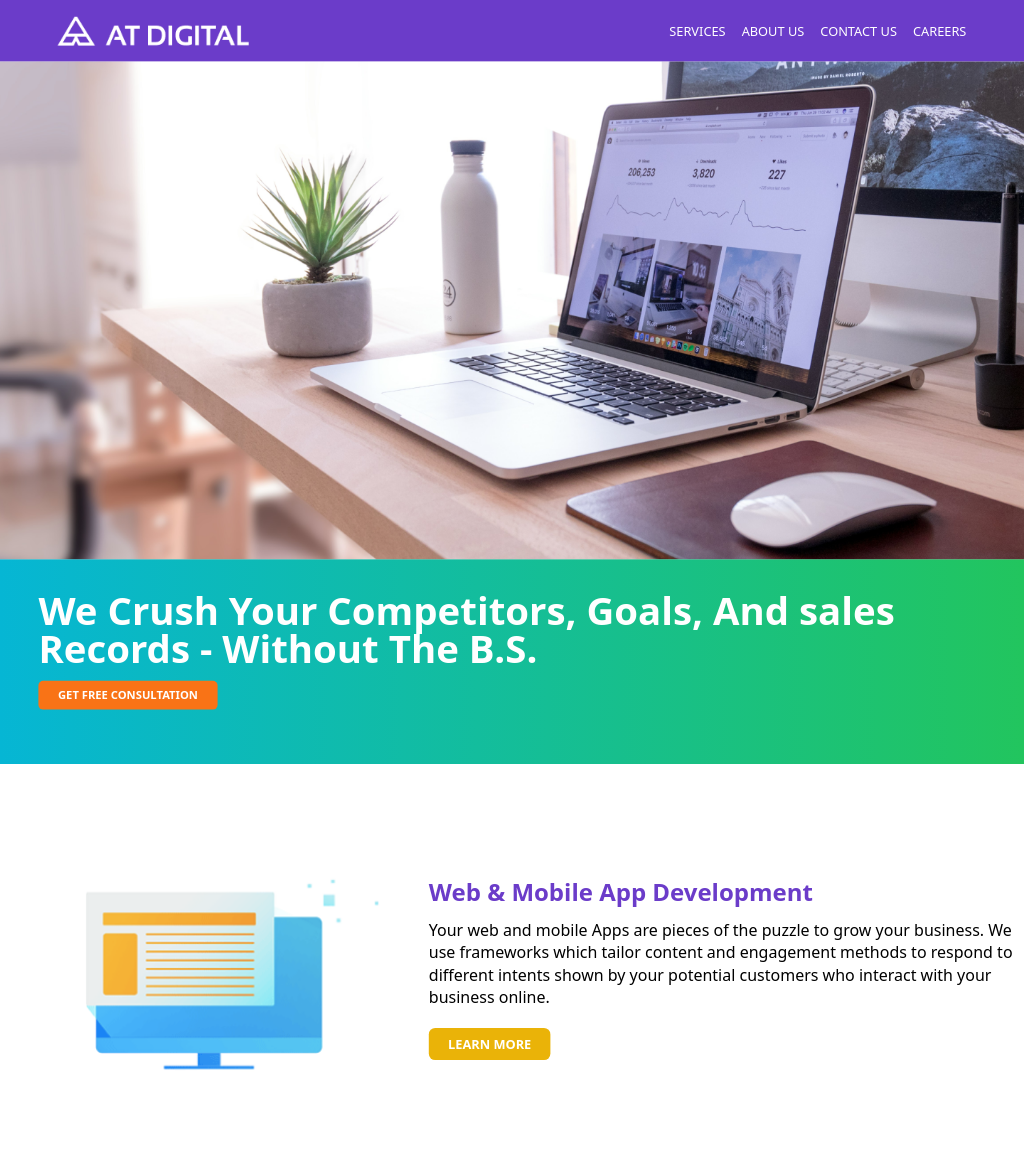
Repository: Milith97/AT-Digital-Website
Page: /
These files come from the project's save history. The page is drawn as it stood at one moment and after the next save; the edit follows.
The browser window is 1280 px wide. The pictures show the whole page, at 80% of full size.
The project was rebuilt for these pictures with package versions that can differ from the ones it lists, and the page was loaded fresh each time. Also part of the build but not shown: vite.config.js.

Above is the page before, as saved 2024-04-06 22:09:44.

After the next save:
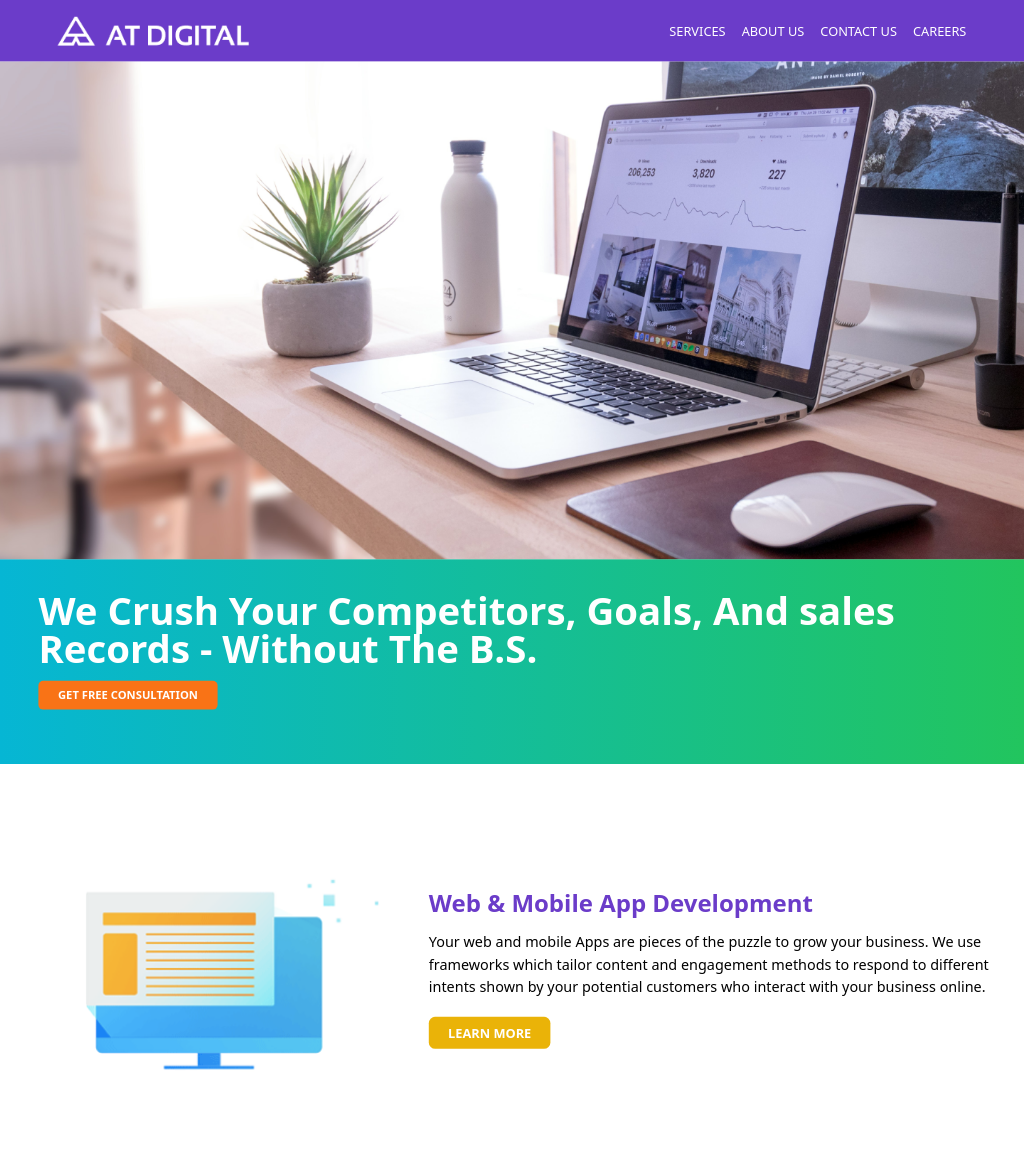
Saved 6 s later.
--- a/src/Components/Servicers.jsx
+++ b/src/Components/Servicers.jsx
@@ -10,7 +10,7 @@ const Servicers = () => {
             {/* Right Side (Content) */}
             <div className="lg:w-3/5">
                 <h2 className="sm:text-3xl md:text-2xl lg:text-3xl xl:text-3xl 2xl:text:4xl  font-bold mb-4 text-[#6B3CC9]">Web & Mobile App Development</h2>
-                <p className=" sm:text-xl md:text-lg lg:text-lg xl:text-xl xl:text-xl font-normal  mb-6 ">Your web and mobile Apps are pieces of the puzzle to grow your business. We use frameworks which tailor content and engagement methods to respond to different intents shown by your potential customers who interact with your business online.</p>
+                <p className=" sm:text-xl md:text-lg lg:text-lg xl:text-lg 2xl:text-xl font-normal  mb-6 ">Your web and mobile Apps are pieces of the puzzle to grow your business. We use frameworks which tailor content and engagement methods to respond to different intents shown by your potential customers who interact with your business online.</p>
                 <button className="bg-yellow-500 text-white font-bold py-2 px-6 rounded-lg hover:bg-yellow-600 transition-colors">LEARN MORE</button>
             </div>
         </div>
